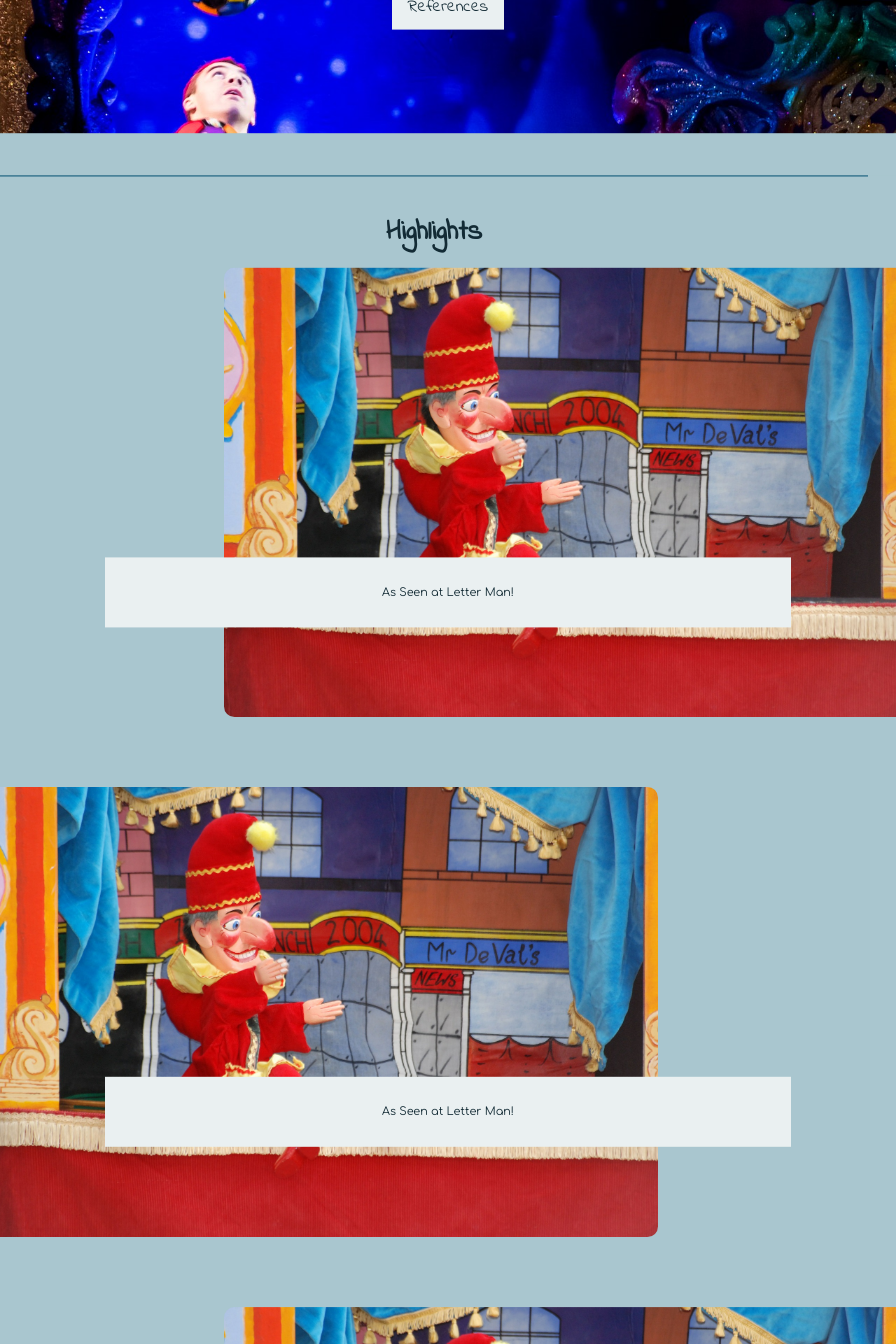
Repository: Sbethm/wink
Page: index.html
These files come from the project's save history. The page is drawn as it stood at one moment and after a run of saves; the edit follows.
The browser window is 1280 px wide. The pictures show the part of the page from y = 2386 to 4306 px (the page is 5475 px tall before and 5477 px after), at 70% of full size.
The style sheet was rebuilt from its Sass, Less or Tailwind sources for each picture, by a compiler version that may differ from the author's.

Above is the page before, as saved 2021-09-08 14:04:06.

### index.html
<!DOCTYPE html>
<html lang="en">
<head>
    <meta charset="UTF-8">
    <meta http-equiv="X-UA-Compatible" content="IE=edge">
    <meta name="viewport" content="width=device-width, initial-scale=1.0">
    <link rel="preconnect" href="https://fonts.googleapis.com">
    <link rel="preconnect" href="https://fonts.gstatic.com" crossorigin>
    <link href="https://fonts.googleapis.com/css2?family=Acme&family=Comfortaa:wght@400;500;600;700&family=Indie+Flower&display=swap" rel="stylesheet">
    <!--
        font-family: 'Acme', sans-serif;
        font-family: 'Comfortaa', cursive;
        font-family: 'Indie Flower', cursive;
    -->

    <link rel="stylesheet" href="./CSS/main.css">
    <title>Wink Danenberg: The Greatest Showman</title>
</head>
<body>
    <header id="headerBg">
        <h1 id="logo">Wink</h1>
        <div class="menu--btn">
            <ul class="menu">
                <li class="menu--item">Shows</li>
                <li class="menu--item">Wink</li>
                <li class="menu--item">Calender</li>
                <li class="menu--item">Contact</li>
            </ul>
        </div>
    </header>
    <main>
        <section class="main--slideshow">
            <!--images are set on automatic slide-->
                <img src="./img/img1.jpg" alt="" id="slide--img">
                <img src="./img/img2.jpg" alt="" id="slide--img">
                <img src="./img/img3.jpg" alt="" id="slide--img">
            <div class="slideshow--quote">Comedy for the Whole Family!</div>
        </section>
        <!--EVENTS-
            Description of Wink's shows. What does he do? Who are the shows geared towards? etc.-->
        <section class="event">
            <div class="container container--event">
                <a href="./events.html"><h2 class="heading--center">Events</h2></a>
                <p class="info--short center">Do you want a man who can tickle your funny bone? Look no further than Wink!</p>
                <div class="event--slideshow">
                    <!--each div is set on a swipe slide-->
                    <a href=""><div class="event--retreats event--slide">
                        <p class="event--type">Retreats</p>
                    </div></a>
                    <a href=""><div class="event--schools event--slide">
                        <p class="event--type">Schools</p>
                    </div></a>
                    <a href=""><div class="event--events event--slide">
                        <p class="event--type">Events</p>
                    </div></a>
                </div>
            </div>
        </section>
         <!--WINK-
            Who is Wink? A little about Wink and his past experience as a showman -->
        <section class="wink">
            <div class="container container--wink">
                <h2 class="heading--center">Wink Danenberg</h2>
                <div class="img--container">
                    <img src="./img/img2.jpg" alt="" class="img--set--left js--scroll">
                </div>
                <p class="text--full--center">
                    …about Wink Danenberg
                    Standing at 6 foot 4… 240 pounds- Wink Danenberg is responsible for the laughter of audiences  across the country. His comedy juggling, unicycling, and audience participation have kept people  entertained and enthralled at countless events, including festivals, comedy clubs, schools, cruise
                    ships, and libraries. His high energy and raw antics are a perfect blend to captivate and amaze  both the audience and himself. Wink Danenberg, a true original, is the only juggler who: offers a  full money back guarantee, can drive a standard with one hand, and has never taken a selfie.
                </p>
            </div>
        </section>
         <!--REFERENCES-
            A section with a link to references for Wink's shows-->
        <section class="references cover">
            <!--CHANGE BTN TO DIV & CHECK CSS-->
            <div class="link--click ">References</div>
        </section>
         <!--EXPERIENCE HIGHLIGHTS-
            A section that shows some of the highlights of his experience-->
        <section class="experience">
            <div class="container container--experience">
                <h2 class="heading--center">Highlights</h2>
                <div class="experience--block">
                    <img src="./img/img2.jpg" alt="" class="img--set--right js--scroll">
                <p class="text--small--center">As Seen at Letter Man!</p>
                </div>
                <div class="experience--block">
                    <img src="./img/img2.jpg" alt="" class="img--set--left js--scroll">
                    <p class="text--small--center">As Seen at Letter Man!</p>
                </div>
                <div class="experience--block">
                        <img src="./img/img2.jpg" alt="" class="img--set--right js--scroll">
                    <p class="text--small--center">As Seen at Letter Man!</p>
                </div>
            </div>
        </section>
         <!--CONTACT-
            email and (maybe) phone information about how to contact Wink-->
        <section class="contact cover">
            <!--CHANGE BTN TO DIV & CHECK CSS-->
            <div class="link--click ">Contact</div>
        </section>
    </main>
    <footer></footer>
    <script src="./JS/main.js"></script>
</body>
</html>

### JS/main.js
/*
 TABLE OF CONTENTS
    1.
    2.
    3.
    4.
    5.
*/


//1. HEADER CAROUSEL
    //Header variables
    const slides = document.querySelectorAll('#slide--img');
    const headerBg = document.getElementById('headerBg');
    const logo = document.getElementById('logo');

    //Changing header on scroll
    window.onscroll = function() {
        if (window.scrollY > 130) {
            headerBg.style.background = 'rgb(234, 240, 241)';
            headerBg.style.borderBottom = 'solid 1px rgb(19, 43, 53)';
            logo.style.color = 'rgb(19, 43, 53)';
        } else {
            headerBg.style.background = 'none';
            headerBg.style.borderBottom = 'solid 1px rgb(234, 240, 241)';
            logo.style.color = 'rgb(234, 240, 241)';
        }
    }

    //Index main slideshow
    setInterval(nextImg, 4000);

    let currentImg = 0;
    slides[currentImg].style.opacity = 1;

    function nextImg() {
        slides[currentImg].style.opacity = 0;
        currentImg = (currentImg + 1) % slides.length;
        slides[currentImg].style.opacity = 1;
    }

//2. SCROLL ANIMATIONS
    //Scroll variables
    const scrollElements = document.querySelectorAll(".js--scroll");
    const fromLeftElements = document.querySelectorAll(".img--set--left");
    const fromRightElements = document.querySelectorAll(".img--set--right");

    //When element is on screen or off scree
    const elementInView = (el) => {
    const elementTop = el.getBoundingClientRect().top;

    return (
        elementTop <=
        (window.innerHeight || document.documentElement.clientHeight));
    };

    const elementOutofView = (el) => {
    const elementTop = el.getBoundingClientRect().top;

    return (
        elementTop > (window.innerHeight || document.documentElement.clientHeight)
    );
    };

    //Fade-In & Fade-out functions
    const displayScrollElement = (element) => {
    element.classList.add("scrolled");
    };
    const hideScrollElement = (element) => {
    element.classList.remove("scrolled");
    };

    //Shift left functions
    const shiftOnScreenLeft = (el) => {
        el.classList.add('shifted--from--left');
    }
    const shiftOffScreenLeft = (el) => {
        el.classList.remove('shifted--from--left');
    }

    //Shift right functions into view
    const shiftOnScreenRight = (el) => {
        el.classList.add('shifted--from--right');
    }
    const shiftOffScreenRight = (el) => {
        el.classList.remove('shifted--from--right');
    }


const handleOpacityAnimation = () => {
  scrollElements.forEach((el) => {
    if (elementInView(el)) {
        displayScrollElement(el);
    } else if (elementOutofView(el)) {
        hideScrollElement(el)
    }
  })
}

const handleShiftAnimationLeft = () => {
    fromLeftElements.forEach((el) => {
    if (elementInView(el)) {
        shiftOnScreenLeft(el)
    } else if (elementOutofView(el)) {
        shiftOffScreenLeft(el)
    }
  })
}

const handleShiftAnimationRight = () => {
    fromRightElements.forEach((el) => {
    if (elementInView(el)) {
        shiftOnScreenRight(el)
    } else if (elementOutofView(el)) {
        shiftOffScreenRight(el)
    }
  })
}

window.addEventListener("scroll", () => {
    handleOpacityAnimation();
    handleShiftAnimationLeft();
    handleShiftAnimationRight();
})

// const fadeEl = document.querySelectorAll('.js--scroll');

// fadeEl.forEach((el) => {
//     el.style.opacity = '0';
// });

// const elInView = (el) => {
//     const elementTop = el.getBoundingClientRect().top;
//     return (elementTop <= window.innerHeight || document.documentElement.clientHeight);
// }

// const displayElement = (el) => {
//     el.classList.add('scrolled');
// }

// const scrollAnimation = () => {
//     fadeEl.forEach((el) => {
//         if(elInView(el, 100)){
//             displayElement(el);
//         }
//     })
// }

// window.addEventListener("scroll", () => {
//     scrollAnimation();
//   });

//SLIDE-IN

### SCSS/main.scss
@import "./resets", "./variables";


//GENERAL STYLING
body{
    width: 100vw;
    background-color: $bgColor1;
    overflow-x: hidden;
}

main {
    overflow-x: hidden;
}

section {
    width: 100vw;
    height: fit-content;
    background-color: $bgColor1;
    color: $accentColor1;
    font-family: $mainFont;
    font-size: 1rem;
}

.container {
    margin: 60px 20px;
    padding: 60px 0;
    width: calc(100vw - 40px);
    background-color: $bgColor1;
    border-top: solid 2px $accentColor2;
    border-bottom: solid 2px $accentColor2;
}

.heading--center {
    padding-bottom: 30px;
    width: 100%;
    font-family: $accentFont;
    font-size: 2.5rem;
    text-align: center;
}

.link--click {
    width: 10rem;
    height: 4rem;
    font-family: $accentFont;
    font-size: 1.5rem;
    color: $accentColor1;
    text-align: center;
    line-height: 4rem;
    background-color: $bgColor2;
}

a {
    text-decoration: none;
}

p {
    font-family: $mainFont;
    font-size: 1rem;
    line-height: 1.5rem;
}

.center {
    padding-bottom: 30px;
    width: 100%;
    text-align: center;
}

//HEADER AND MAIN SLIDESHOW
header {
    position: fixed;
    top: 0;
    height: 4rem;
    width: 100vw;
    padding: 1rem;
    z-index: 9;
    overflow: hidden;
    background: aliceblue;
    border-bottom: solid 1px rgb(13, 81, 139);
    transition: all 0.50s ease-in;
    box-sizing: border-box;

    & h1 {
        font-family: $accentFont;
        font-size: 2rem;
        color: rgb(13, 81, 139);
        transition: all 0.50s ease-in;
    }
}

.menu--item{
    display: none;
}

.main--slideshow {
    height: 100vh;
    width: 100vw;
    background-color: #000;
}

#slide--img {
    position: absolute;
    top: 0;
    left: 0;
    width: 100%;
    height: 100%;
    object-fit: cover;
    overflow: hidden;
    opacity: 0;
    transition: all 0.75s ease-in;
    z-index: 0;
}

.slideshow--quote {
    position: absolute;
    top: calc(100vh - 75vh);
    width: 100vw;
    font-size: 5rem;
    font-family: $headerFont;
    font-weight: 800;
    color: aliceblue;
    text-align: center;
}

//EVENTS
.event{
    padding-top: 20px;
}

.event--slideshow {
    display: flex;
    flex-direction: row;
    overflow: scroll;

    & .event--slide {
        margin: 10px;
        width: 10rem;
        height: 12rem;
        display: grid;
        background-image: url(../img/img1.jpg);
        box-shadow: 10px 5px 5px rgba(100, 100, 100, 0.377);
        grid-template-columns: 100%;
        justify-items: center;
        align-items: center;

        & .event--type {
            padding: 5px;
            width: 75%;
            background-color: $bgColor2;
            font-family: $accentFont;
            color: $accentColor1;
            text-align: center;
        }
    }
}

//ABOUT WINK
.container--wink {
    margin: 0 20px;
    padding: 20px 0;
    border: hidden;
}

.img--set--left {
    width: 75vw;
    position: relative;
    left: -350px;
    z-index: 1;
    border-radius: 0 15px 15px 0;
    transition: all 3000ms;

    &.shifted--from--left {
    left: -20px;
    }
}

.text--full--center {
    position: relative;
    padding: 10px;
    top: -60px;
    z-index: 2;
    background-color: $bgColor2;
}

//REFERENCES and CONTACT
.cover {
    width: 100vw;
    height: 50vh;
    display: flex;
    justify-content: center;
    align-items: center;
    background-image: url(../img/img1.jpg);
}

//EXPERIENCE HIGHLIGHTS
.container--experience{
    margin-left: 0;
    margin-right: 0;
    border-bottom: hidden;
}

.experience--block {
    display: grid;
    grid-template-columns: 100vw;
    grid-template-rows: 25% 75%;
    width: 100vw;
    overflow-x: hidden;

    & .img--set--right {
        grid-area: 1/1/2/3;
        justify-self: flex-end;
        width: 75vw;
        z-index: 1;
        border-radius: 15px 0 0 15px;
        padding-left: 100vw;
        transition: all 3000ms;
    }

    & .shifted--from--right{
        padding-left: 0px;
    }

    & .img--set--left {
        grid-area: 1/1/2/3;
        justify-self: flex-start;
        width: 75vw;
        z-index: 1;
        border-radius: 0 15px 15px 0;
        transition: all 3000ms;
    }

    & .text--small--center {
        align-self: center;
        justify-self: center;
        width: 75%;
        height: 5rem;
        padding: 10px;
        z-index: 2;
        background-color: $bgColor2;
        text-align: center;
        line-height: 5rem;
    }
}





//CONTACT *see references

//JAVASCRIPT ELEMENTS
.js--scroll {
    opacity: 0;
    transition: all 3000ms;
}

.js--scroll.scrolled{
    opacity: 1;
}

### SCSS/_variables.scss
//FONTS
$headerFont: 'Acme', sans-serif;
$accentFont: 'Indie Flower', cursive;
$mainFont: 'Comfortaa', cursive;

//COLORS
// $bgColor1: rgb(207, 184, 169);
// $bgColor2: rgb(241, 237, 234);
// $accentColor1: rgb(53, 33, 19);
// $accentColor2: rgb(83, 50, 27);
$bgColor1: rgb(169, 198, 207);
$bgColor2: rgb(234, 240, 241);
$accentColor1: rgb(19, 43, 53);
$accentColor2: rgb(51, 114, 141);

Loaded but not shown: SCSS/_resets.scss (common file)

After the next 4 saves:
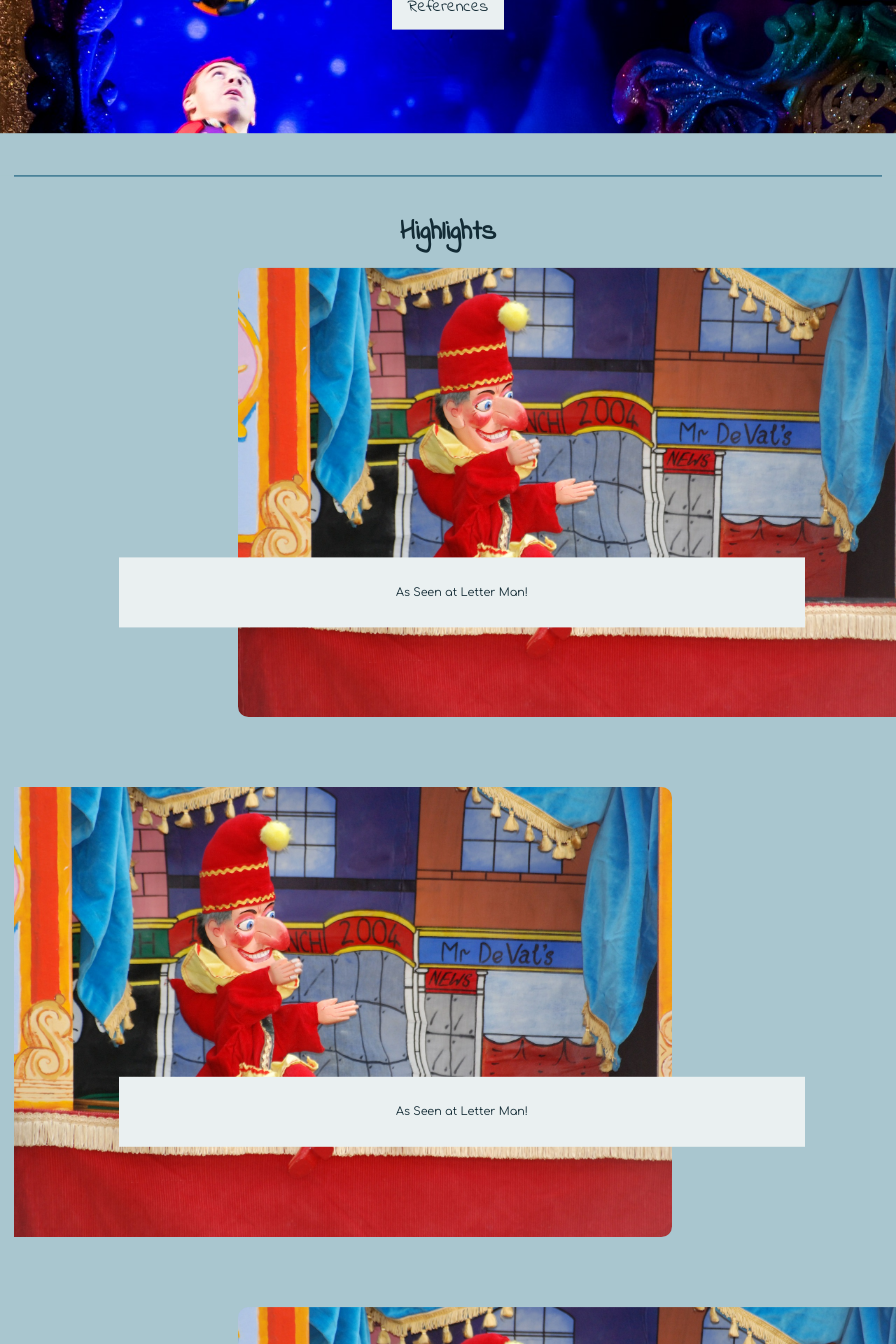
The 4 saves are shown as one change because they came seconds apart.
The last was saved 96 s later.
--- a/index.html
+++ b/index.html
@@ -79,8 +79,8 @@
         </section>
          <!--EXPERIENCE HIGHLIGHTS-
             A section that shows some of the highlights of his experience-->
-        <section class="experience">
-            <div class="container container--experience">
+        <section class="highlights">
+            <div class="container container--highlights">
                 <h2 class="heading--center">Highlights</h2>
                 <div class="experience--block">
                     <img src="./img/img2.jpg" alt="" class="img--set--right js--scroll">
